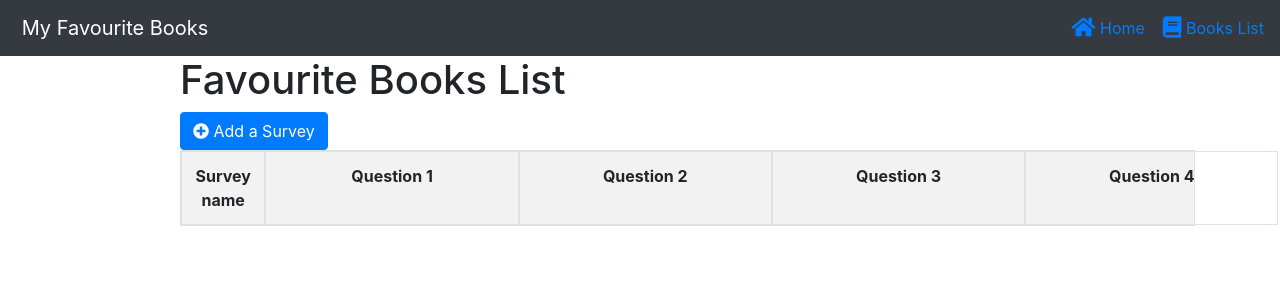
Repository: lord-NAVY/titans
Page: http://localhost/book-list
The author's editor kept a copy of each file at every save. The page is drawn from the files as they stood at one save, then again after the next save.
The browser window is 1280 px wide. The pictures show the whole page.
The page is served by the project's Node server (server.js). Queries for data that is not in the repository find no rows.

Above is the page before, as saved 2021-11-09 20:53:10.

After the next save:
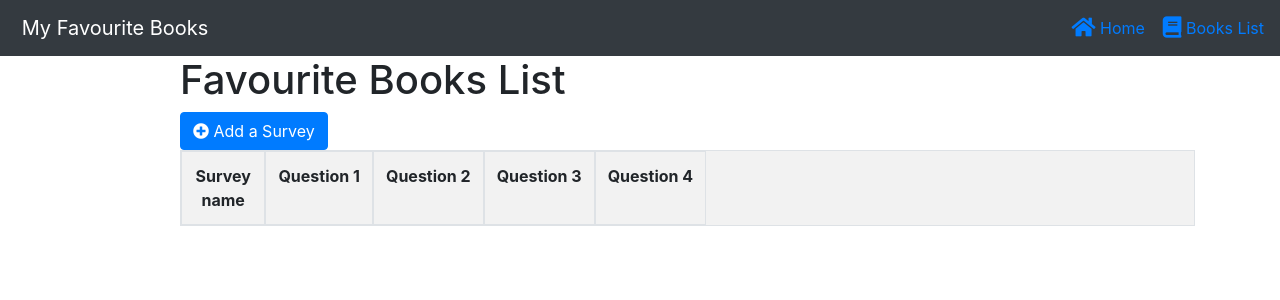
Saved 36 s later.
--- a/server/views/book/index.ejs
+++ b/server/views/book/index.ejs
@@ -17,10 +17,10 @@
                 <!-- Header Row-->
                 <tr class="d-flex">
                     <th class="text-center col-1">Survey name</th>
-                    <th class="text-center col-3">Question 1</th>
-                    <th class="text-center col-3">Question 2</th>
-                    <th class="text-center col-3">Question 3</th>
-                    <th class="text-center col-3">Question 4</th>
+                    <th class="text-center col-2.5">Question 1</th>
+                    <th class="text-center col-2.5">Question 2</th>
+                    <th class="text-center col-2.5">Question 3</th>
+                    <th class="text-center col-2.5">Question 4</th>
 
                 </tr>
 
@@ -29,10 +29,10 @@
                 <% for(let count = 0; count < BookList.length; count++) { %>
                     <tr class="d-flex">
                         <td class="text-center col-1"><%= BookList[count].Title%></td>
-                        <td class="text-center col-3"><%= BookList[count].Description %></td>
-                        <td class="text-center col-3"><%= BookList[count].Price%></td>
-                        <td class="text-center col-3"><%= BookList[count].Author %></td>
-                        <td class="text-center col-3"><%= BookList[count].Genre %></td>
+                        <td class="text-center col-2.5"><%= BookList[count].Description %></td>
+                        <td class="text-center col-2.5"><%= BookList[count].Price%></td>
+                        <td class="text-center col-2.5"><%= BookList[count].Author %></td>
+                        <td class="text-center col-2.5"><%= BookList[count].Genre %></td>
 
                     <!-- ADD the EDIT BUTTON HERE -->
 
